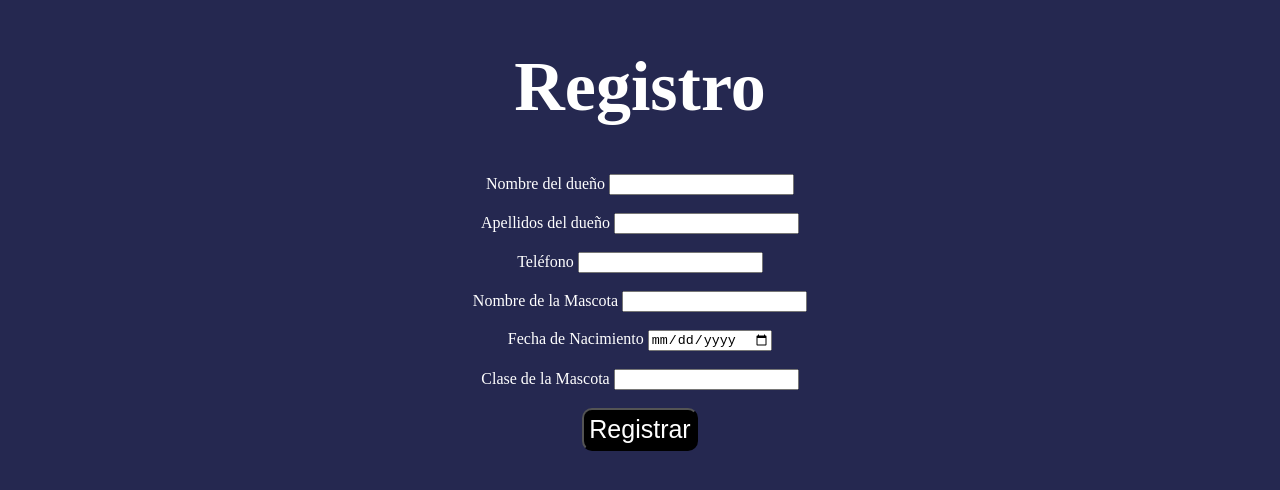
Repository: julioangarita/web-vet-cym
Page: http://localhost/register_page
The author's editor kept a record of every edit. The page is drawn from the files as they stood at one moment, then again after the next edit.
The browser window is 1280 px wide. The pictures show the whole page.
The page is served by the project's application, run on Flask 3 (server.py).

Above is the page before.

After the next edit:
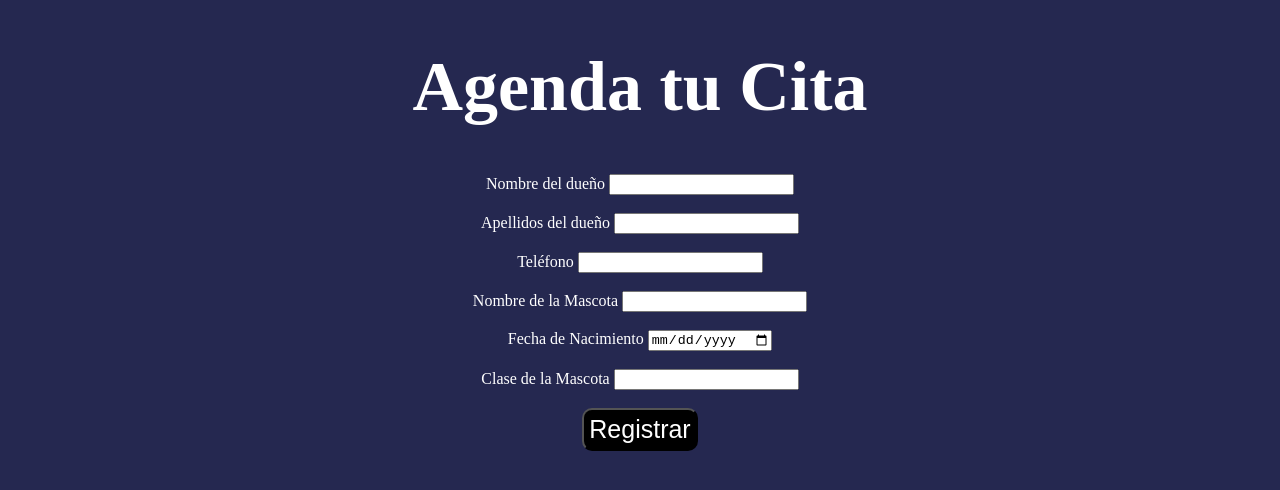
The edit:
--- a/templates/register.html
+++ b/templates/register.html
@@ -7,7 +7,7 @@
         <script src="../static/js/appregister.js" type="text/javascript" charset="utf-8"></script>
     </head>
     <body>
-        <h1>Registro</h1>
+        <h1>Agenda tu Cita</h1>
         <form action = "/register_user" method = "post">
             <label>Nombre del dueño</label> <input type="text" name="Nombre"  /><br><br>
             <label>Apellidos del dueño</label> <input type="text" name="Apellidos" /><br><br>
